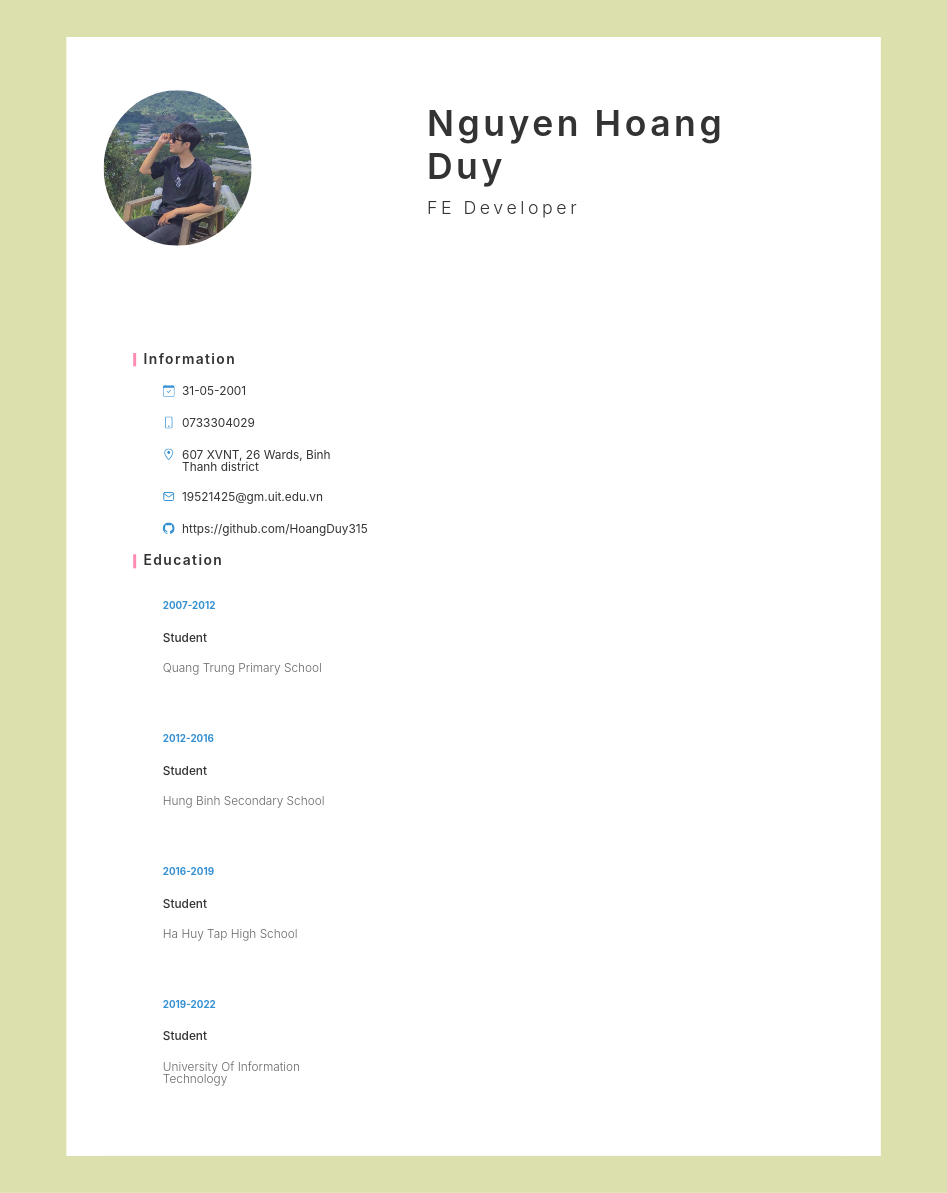
Repository: HoangDuy315/HW_TVK
Page: / (app in hw3cv/)
The author's editor kept a copy of each file at every save. The page is drawn from the files as they stood at one save, then again after the next save.
The browser window is 1280 px wide. The pictures show the whole page, at 74% of full size.
The project was rebuilt for these pictures with package versions that can differ from the ones it lists, and the page was loaded fresh each time. Also part of the build but not shown: hw3cv/src/App.css.

Above is the page before, as saved 2022-11-02 12:19:00.

### hw3cv/src/App.js
import "./App.css";
import Cv from "./components/Cv";

function App() {
  return (
    <>
      <Cv />
    </>
  );
}

export default App;

### hw3cv/src/components/Cv.jsx
import React from "react";
import "./Cv.css";
import logo from "../assets/123.JPG";
import { BsCalendarCheck, BsPhone } from "react-icons/bs";
import { GoLocation } from "react-icons/go";
import { FiMail } from "react-icons/fi";
import { BsGithub } from "react-icons/bs";

const Cv = () => {
  return (
    <div className="bdy">
      <div className="container">
        <div className="top">
          <div className="imgbx">
            <div className="box">
              <img src={logo} className="duy" alt="" />
            </div>
          </div>
          <div className="profile">
            <h3>
              Nguyen Hoang Duy <br /> <span>FE Developer</span>
            </h3>
          </div>

          <div className="contentBox">
            <div className="leftSide">
              <h3>Information</h3>
              <ul>
                <li>
                  <span className="icon">
                    <BsCalendarCheck />
                  </span>
                  <span className="text">31-05-2001</span>
                </li>
                <li>
                  <span className="icon">
                    <BsPhone />
                  </span>
                  <span className="text">0733304029</span>
                </li>
                <li>
                  <span className="icon">
                    <GoLocation />
                  </span>
                  <span className="text">
                    607 XVNT, 26 Wards, Binh Thanh district
                  </span>
                </li>
                <li>
                  <span className="icon">
                    <FiMail />
                  </span>
                  <span className="text">19521425@gm.uit.edu.vn</span>
                </li>
                <li>
                  <span className="icon">
                    <BsGithub />
                  </span>
                  <span className="text">https://github.com/HoangDuy315</span>
                </li>
              </ul>

              <h3>Education</h3>
              <ul className="education">
                <li>
                  <h5>2007-2012</h5>
                  <h4>Student</h4>
                  <h6>Quang Trung Primary School</h6>
                </li>
                <li>
                  <h5>2012-2016</h5>
                  <h4>Student</h4>
                  <h6>Hung Binh Secondary School</h6>
                </li>
                <li>
                  <h5>2016-2019</h5>
                  <h4>Student</h4>
                  <h6>Ha Huy Tap High School</h6>
                </li>
                <li>
                  <h5>2019-2022</h5>
                  <h4>Student</h4>
                  <h6>University Of Information Technology</h6>
                </li>
              </ul>
            </div>
          </div>
        </div>
      </div>
    </div>
  );
};

export default Cv;

### hw3cv/src/components/Cv.css
body {
  background: rgb(219, 224, 172);
}

#toggle {
  position: fixed;
  top: 20px;
  right: 20px;
  width: 60px;
  height: 60px;
  background: #03a9f4;
  cursor: pointer;
  display: flex;
  justify-content: center;
  align-items: center;
}

#toggle::before {
  content: "";
  position: absolute;
  width: 28px;
  height: 2px;
  background: #fff;
  transform: translateY(-5px);
  transition: 0.2s;
}

#toggle::after {
  content: "";
  position: absolute;
  width: 28px;
  height: 2px;
  background: #fff;
  transform: translateY(5px);
  transition: 0.2s;
}

#toggle.active::before {
  transform: translateY(0px) rotate(45deg);
}

#toggle.active::after {
  transform: translateY(0px) rotate(-45deg);
}

#sidebar {
  position: fixed;
  top: 0;
  left: -170px;
  width: 170px;
  height: 100vh;
  background: #ff8bb3;
  transition: 0.5s;
}

#sidebar.active {
  left: 0px;
}

#sidebar ul {
  position: relative;
  margin-top: 130px;
}

#sidebar ul li {
  list-style: none;
  display: inline-block;
  width: 100%;
  padding: 30px;
  margin-left: -35px;
  font-size: 18px;
  font-weight: bold;
  transition: all 0.5s ease;
}

#sidebar ul li:hover {
  transform: scale(1.3);
}

#sidebar ul li a {
  color: #fff;
  text-decoration: none;
  font-style: 1.5em;
  letter-spacing: 2px;
}

/* =========================================================== */
.bdy {
  display: flex;
  justify-content: center;
  align-items: center;
}

.container {
  position: relative;
  width: 100%;
  max-width: 1000px;
  background: #fff;
  margin: 50px;
  /* box-shadow: 0 50px 70px rgba(0, 0, 0, 0.1); */
  border-left: 50px solid #fff;
  border-right: 50px solid #fff;
}

.container .top {
  position: relative;
  display: grid;
  grid-template-columns: 1fr 2fr;
}

.container .top .imgbx {
  position: relative;
  width: 100%;
  display: flex;
  align-items: center;
}

.container .top .imgbx .box {
  position: relative;
  width: 70%;
  min-width: 200px;
  border-radius: 50%;
}

.container .contentBox {
  position: relative;
  display: grid;
  grid-template-columns: 1fr 2fr;
  padding: 0 40px 40px;
  margin-top: 50px;
}

.container .contentBox h3 {
  border-left: 4px solid #ff8bb3;
  padding-left: 10px;
  line-height: 1em;
  font-weight: 600;
  color: #333;
  letter-spacing: 0.1em;
}

.container .contentBox ul {
  position: relative;
  margin: 10px 0;
}

.container .contentBox ul li {
  list-style: none;
  margin: 25px 0;
  line-height: 1em;
  color: #333;
  cursor: pointer;
  display: flex;
}

.container .contentBox ul li ion-icon {
  font-size: 1.2em;
  margin-right: 10px;
  color: #3590d2;
}

.icon {
  color: #3590d2;
}

.text {
  margin-left: 10px;
}

.container .contentBox ul.education li {
  flex-direction: column;
  margin: 20px 0;
  line-height: -3px;
}
h5 {
  color: #3590d2;
}
h4 {
  color: #333;
  font-weight: 500;
  margin: 5px 0;
}
h6 {
  margin-top: 20px;
  color: #666;
  font-weight: 300;
  font-size: 1em;
}
.language li {
  flex-direction: column;
}
.language li span {
  color: #333;
  font-size: 16px;
  font-weight: 500;
}
.language .percent {
  position: relative;
  width: 100%;
  background: #e3e3e3;
  height: 6px;
  margin-top: 15px;
  display: block;
  overflow: hidden;
}

.language .percent div {
  position: absolute;
  top: 0;
  left: 0;
  height: 100%;
  background: #3590d2;
}
.container .contentBox ul.interest {
  position: relative;
  display: grid;
  grid-template-columns: 1fr 1fr;
}
.container .contentBox ul.interest li {
  display: flex;
  align-items: center;
  gap: 10px;
  margin: 20px 0;
}
.container .contentBox ul.interest li .icon {
  position: relative;
  width: 40px;
  height: 40px;
  background: #3590d2;
  color: #fff;
  border-radius: 5px;
  display: flex;
  justify-content: center;
  align-items: center;
}
.container .contentBox ul.interest li .icon ion-icon {
  color: #fff;
  margin-right: 0;
}
p {
  font-style: 300;
}
.rightSide {
  padding-left: 100px;
}
.about .box {
  display: flex;
  flex-direction: row;
  margin: 20px;
}
.about .box .year_company {
  min-width: 150px;
  margin-bottom: 10px;
}
.about .box .year_company .h5:nth-child(1) {
  color: #3590d2;
}
.about .box .text h4 {
  color: #3590d2;
  font-size: 16px;
  margin: 0;
}

.about_skill .box {
  position: relative;
  width: 100%;
  display: grid;
  grid-template-columns: 150px 1fr;
  justify-content: center;
  align-items: center;
}
.about_skill .box h4 {
  color: #333;
  font-weight: 500;
  margin-bottom: 5px;
}
.about_skill .box .percent {
  position: relative;
  width: 100%;
  height: 10px;
  background: #e3e3e3;
}
.about_skill .box .percent div {
  position: relative;
  top: 0;
  left: 0;
  height: 100%;
  background: #3590d2;
}

.duy {
  color: blue;
  position: relative;
  width: 70%;
  min-width: 200px;
  border-radius: 50%;
  overflow: hidden;
}

.container .top .profile {
  position: relative;
  padding: 40px;
  display: flex;
  align-items: center;
}

.container .top .profile h3 {
  font-size: 3em;
  letter-spacing: 0.1em;
  line-height: 1.2em;
  font-weight: 600;
  color: #333;
}

.container .top .profile h3 span {
  position: relative;
  font-size: 0.5em;
  font-weight: 300;
  top: -10px;
}

Loaded but not shown: hw3cv/public/index.html (common file); hw3cv/src/index.js (common file); hw3cv/src/index.css (common file)

After the next save:
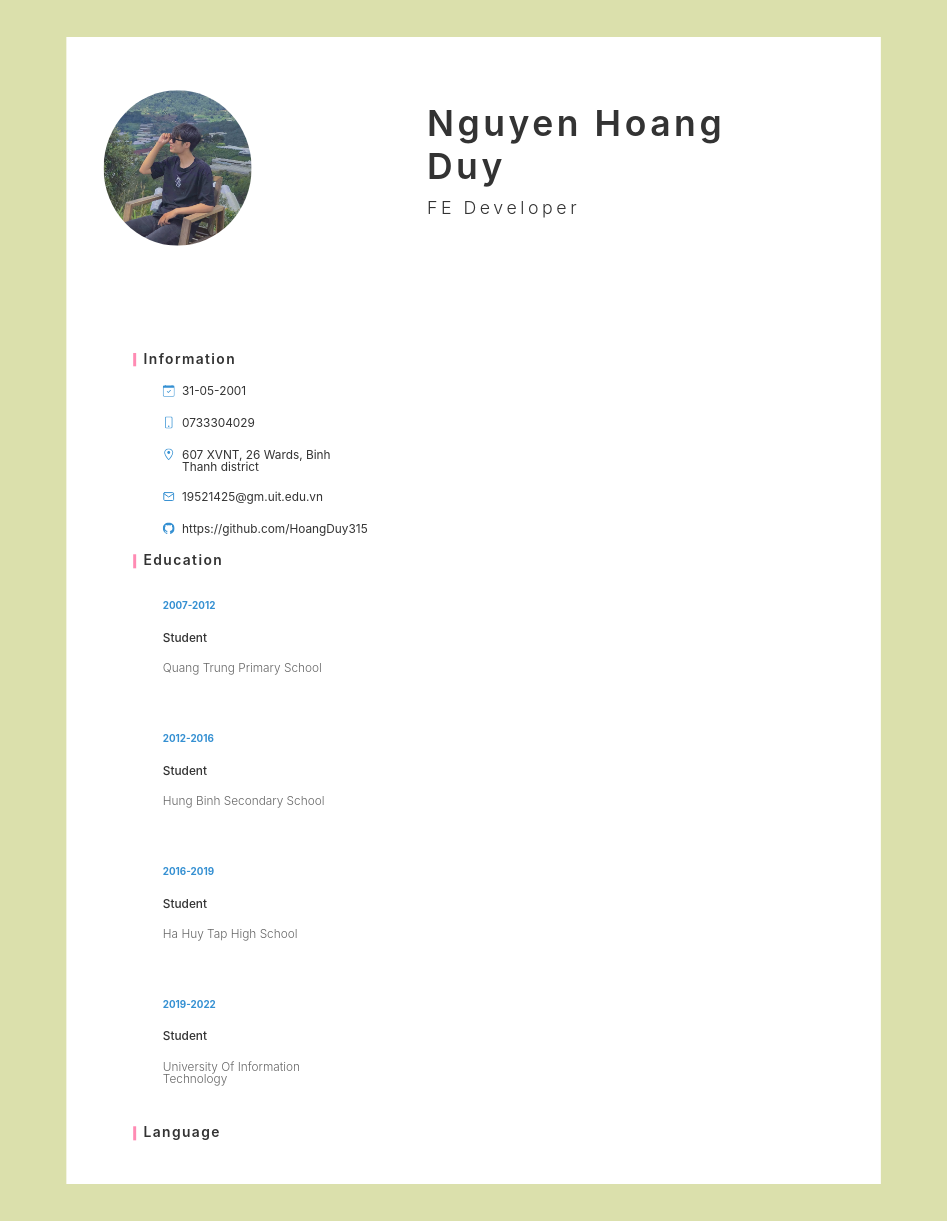
Saved 18 s later.
--- a/hw3cv/src/components/Cv.jsx
+++ b/hw3cv/src/components/Cv.jsx
@@ -83,6 +83,8 @@ const Cv = () => {
                   <h6>University Of Information Technology</h6>
                 </li>
               </ul>
+
+              <h3>Language</h3>
             </div>
           </div>
         </div>
